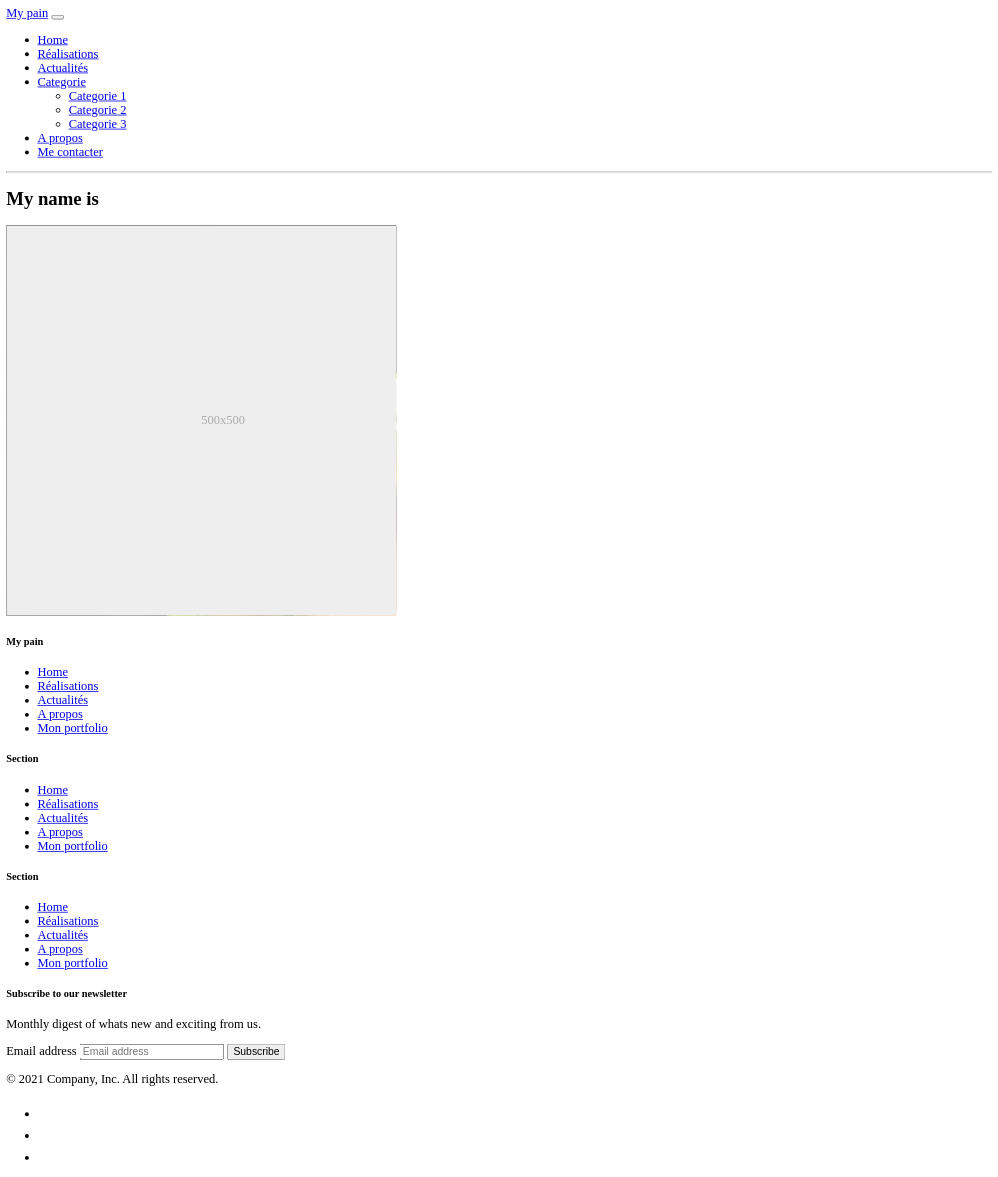
Repository: Amedee7/mypain
Page: templates/a_propos/index.html.twig
The author's editor kept a copy of each file at every save. The page is drawn from the files as they stood at one save, then again after the next save.
The browser window is 1280 px wide. The pictures show the whole page, at 78% of full size.
The page is a Twig template of a Symfony application; nobody is signed in and links lead nowhere. The template is opened directly, without the code that normally fills it, so the values that code supplies are empty.

Above is the page before, as saved 2022-03-10 09:56:25.

After the next save:
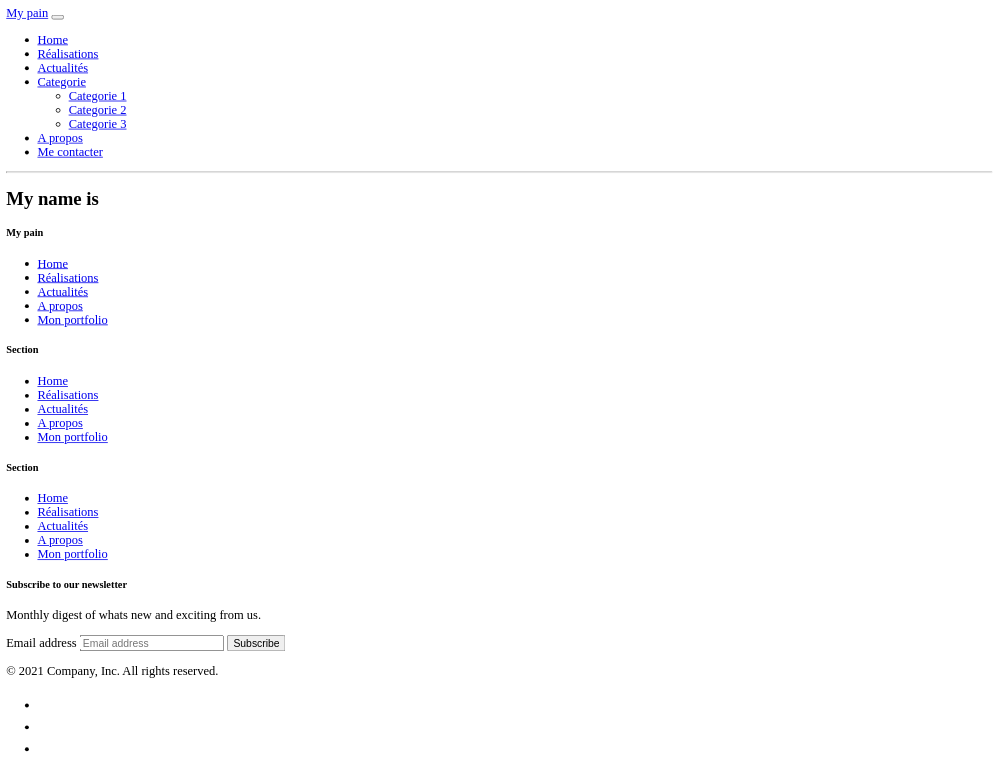
Saved 3 min 12 s later.
--- a/templates/a_propos/index.html.twig
+++ b/templates/a_propos/index.html.twig
@@ -4,6 +4,7 @@
 {% endblock %}
 
 {% block body %}
+
 	<hr class="featurette-divider">
 
 	<div class="row featurette">
@@ -14,11 +15,6 @@
 			</h2>
 			<p class="lead">{{ peintre.aPropos }}</p>
 		</div>
-		<div class="col-md-5">
-			<svg class="bd-placeholder-img bd-placeholder-img-lg featurette-image img-fluid mx-auto" width="500" height="500" style="background-image: url(/img/img_1.jpg)" role="img" aria-label="Placeholder: 500x500" preserveaspectratio="xMidYMid slice" focusable="false">
-				<title>Placeholder</title><rect width="100%" height="100%" fill="#eee"/><text x="50%" y="50%" fill="#aaa" dy=".3em">500x500</text>
-			</svg>
-
-		</div>
+		<div class="col-md-5" width="500" height="500" style="background-image: url(/img/img_1.jpg)"></div>
 	</div>
 {% endblock %}
